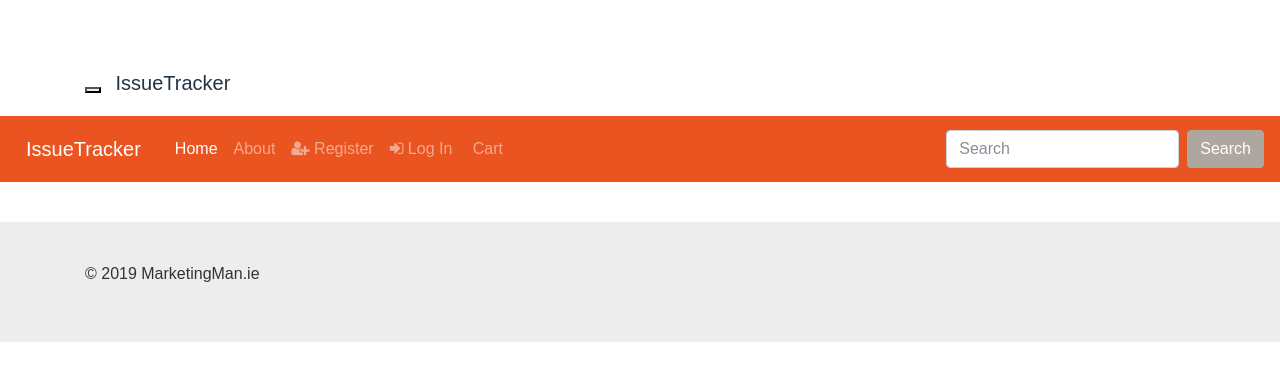
Repository: Siminic87/full-stack-stripe
Page: templates/base.html
The author's editor kept a record of every edit. The page is drawn from the files as they stood at one moment, then again after the next edit.
The browser window is 1280 px wide. The pictures show the whole page.
Some web libraries are served in a nearby version. The template is drawn by Django 2.2. The application's start-up code is not run. The template is opened directly, without the code that normally fills it, so the values that code supplies are empty.

Above is the page before.

After the next edit:
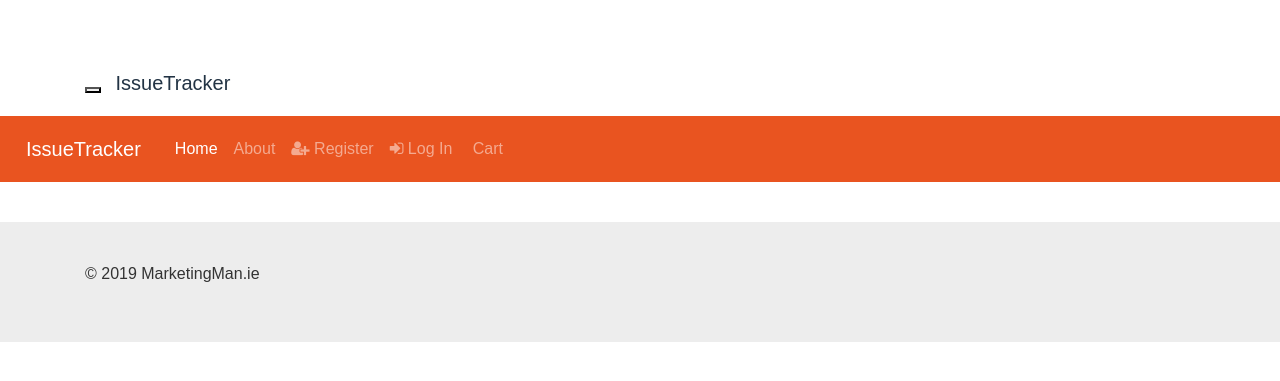
The edit:
--- a/templates/base.html
+++ b/templates/base.html
@@ -95,10 +95,6 @@
         </a>
       </li>
     </ul>
-    <form class="form-inline my-2 my-lg-0">
-      <input class="form-control mr-sm-2" type="text" placeholder="Search">
-      <button class="btn btn-secondary my-2 my-sm-0" type="submit">Search</button>
-    </form>
   </div>
 </nav>
 
